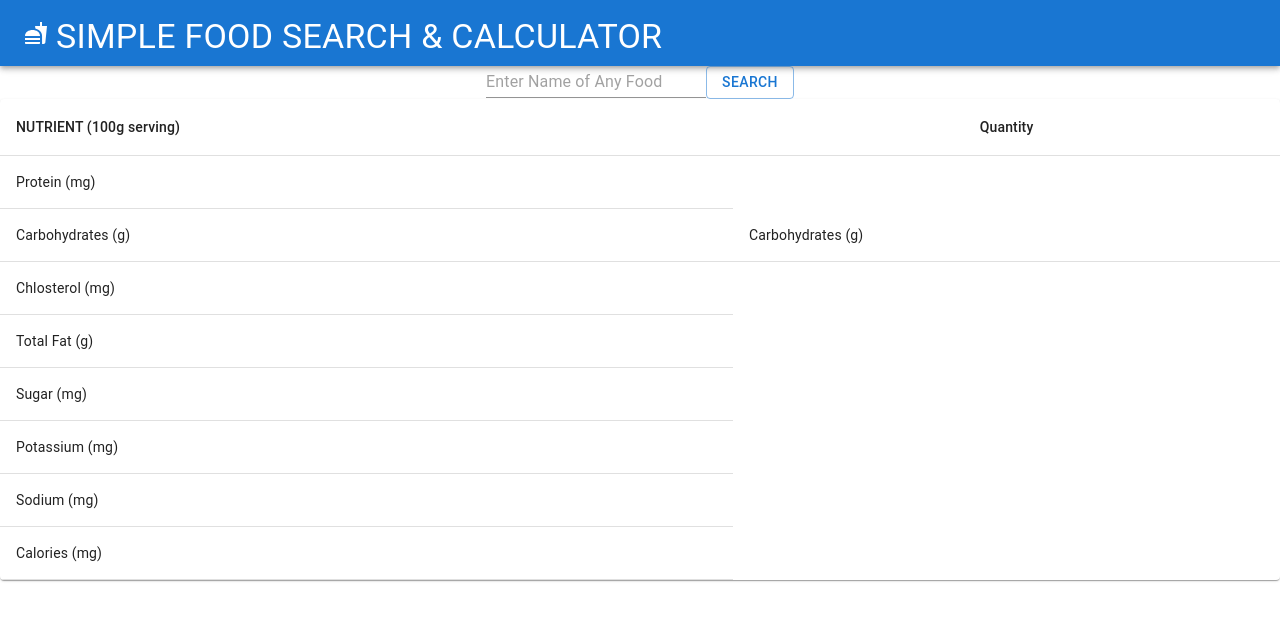
Repository: Mikerr21/Diet-Nutrition-API
Page: /
These files come from the project's save history. The page is drawn as it stood at one moment and after the next save; the edit follows.
The browser window is 1280 px wide. The pictures show the whole page.
The project was rebuilt for these pictures with package versions that can differ from the ones it lists, and the page was loaded fresh each time.

Above is the page before, as saved 2022-09-21 15:46:14.

After the next save:
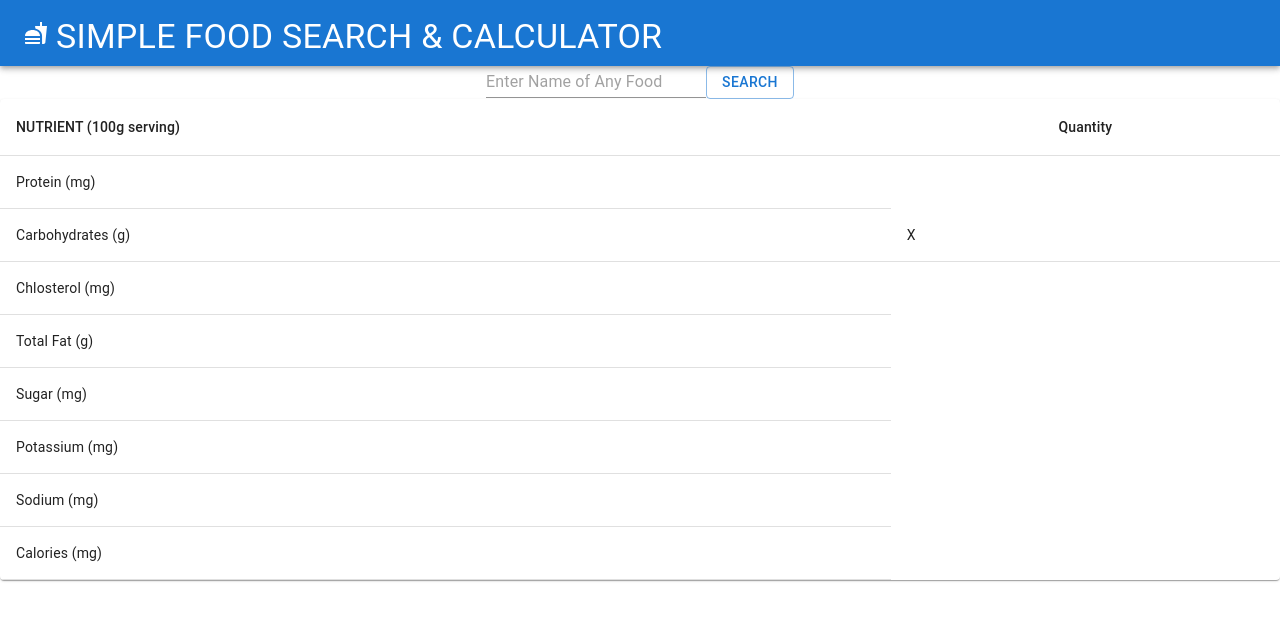
Saved 9 s later.
--- a/src/App.js
+++ b/src/App.js
@@ -113,7 +113,7 @@ function App() {
 										Carbohydrates (g)
 									</TableCell>
                   <TableCell>
-										Carbohydrates (g)
+										X
 									</TableCell>
 								</TableRow>
                 <TableRow>
